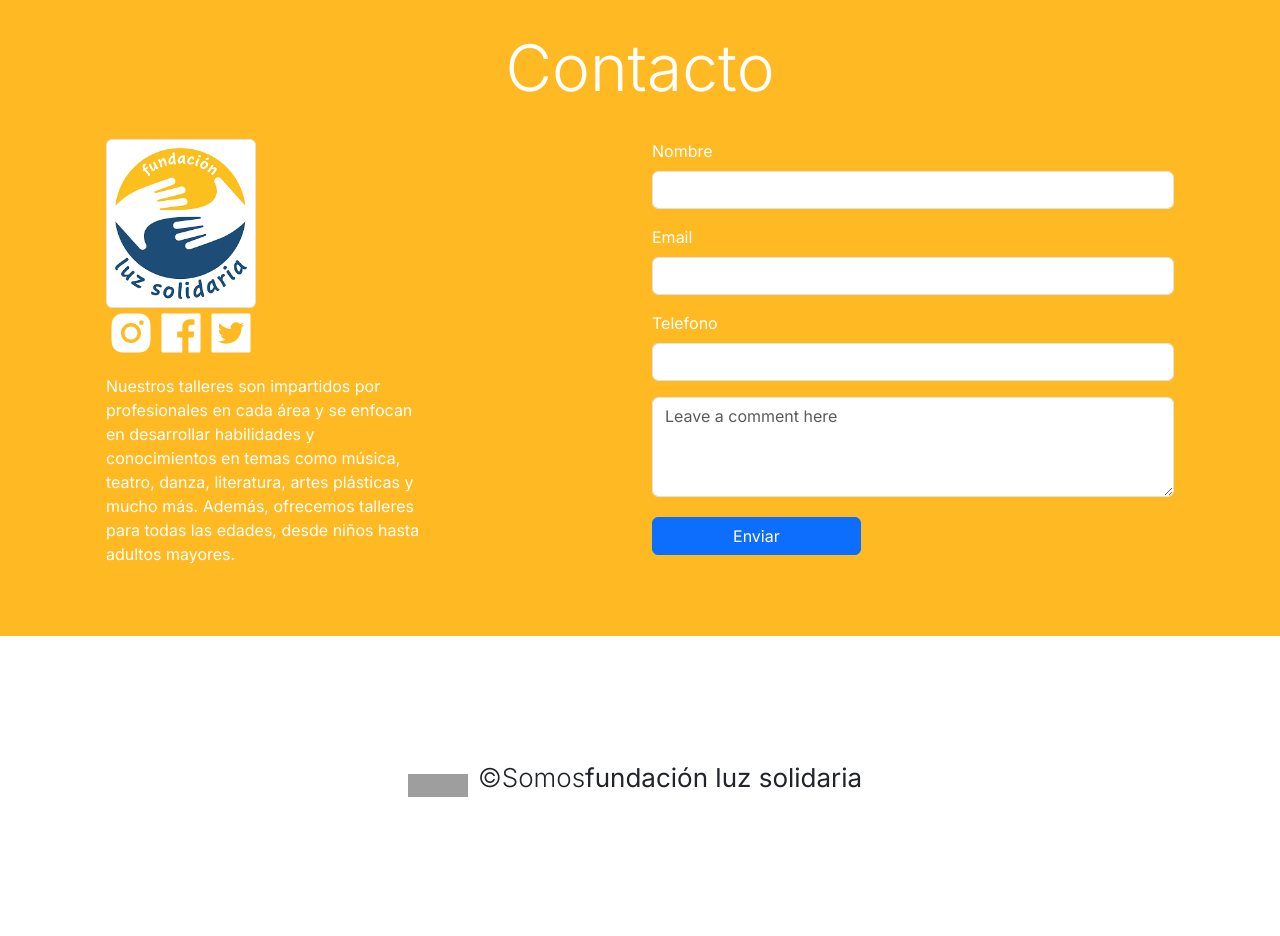
Repository: JtoralesK/dwf11
Page: /
The author's editor kept a copy of each file at every save. The page is drawn from the files as they stood at one save, then again after the next save.
The browser window is 1280 px wide. The pictures show the whole page.
Pictures or frames that could not be fetched are drawn as grey boxes. The project was rebuilt for these pictures with package versions that can differ from the ones it lists, and the page was loaded fresh each time. The framework's server and built-in components were replaced by stand-ins that run in the browser. Also part of the build but not shown: next.config.js.

Above is the page before, as saved 2023-05-31 19:05:27.

After the next save:
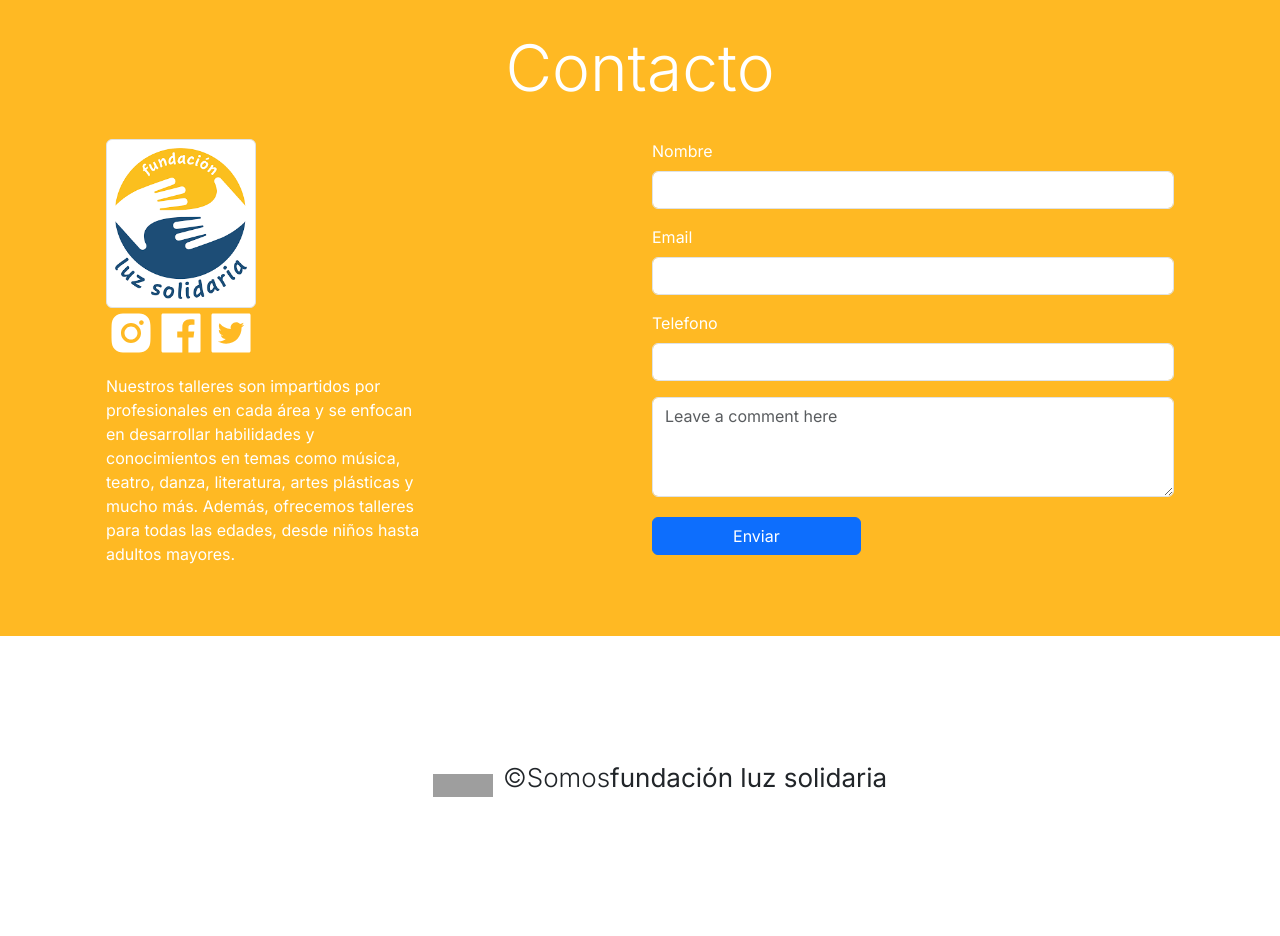
Saved 9 s later.
--- a/src/app/components/footer/style.css
+++ b/src/app/components/footer/style.css
@@ -20,6 +20,9 @@
     align-items: center;
     padding: 10px;
 }
+.redes-sociales{
+    margin-left: 50px;
+}
 .title-copy {
     text-align: center;
     font-size: 26px;
